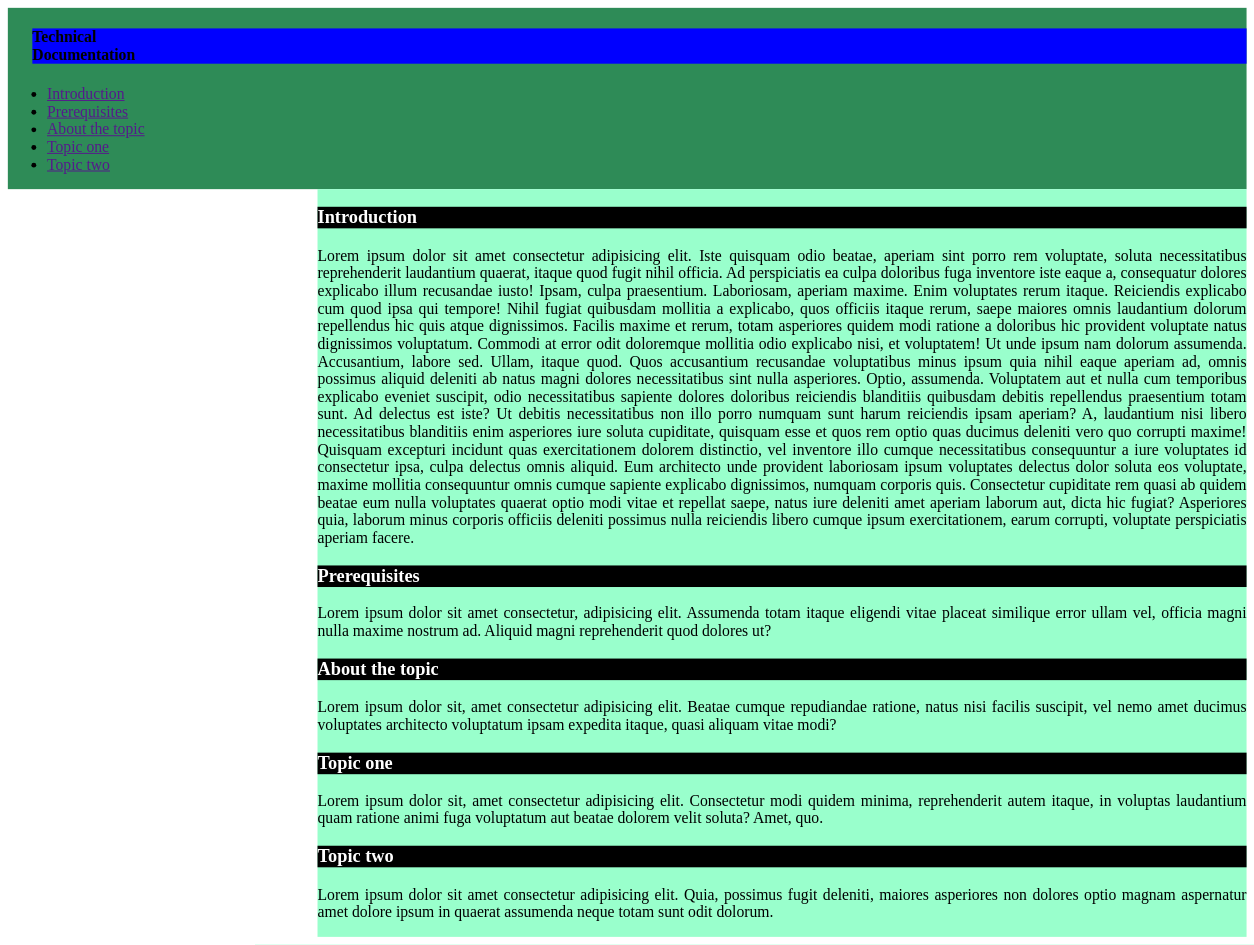
Repository: JoaoLemesDEV/Excercise-Tech-Documentation-Page
Page: index.html
These files come from the project's save history. The page is drawn as it stood at one moment and after the next save; the edit follows.
The browser window is 1280 px wide. The pictures show the whole page, at 98% of full size.

Above is the page before, as saved 2021-10-03 20:59:06.

### index.html
<!DOCTYPE html>
<html lang="en">
  <head>
    <meta charset="UTF-8" />
    <meta http-equiv="X-UA-Compatible" content="IE=edge" />
    <meta name="viewport" content="width=device-width, initial-scale=1.0" />
    <title>Technical Documentaion</title>
    <link rel="stylesheet" href="index.css" />
  </head>
  <body>
    <div class="wrapper">
      <div id="menu">
        <h4 text-align="left">Technical<br />Documentation</h4>
        <nav>
          <ul>
            <li><a href="">Introduction</a></li>
            <li><a href="">Prerequisites</a></li>
            <li><a href="">About the topic</a></li>
            <li><a href="">Topic one</a></li>
            <li><a href="">Topic two</a></li>
          </ul>
        </nav>
      </div>
      <div id="contents">
        <section id="introduction">
          <h3 style="background: black; color: white">Introduction</h3>
          <p>
            Lorem ipsum dolor sit amet consectetur adipisicing elit. Iste
            quisquam odio beatae, aperiam sint porro rem voluptate, soluta
            necessitatibus reprehenderit laudantium quaerat, itaque quod fugit
            nihil officia. Ad perspiciatis ea culpa doloribus fuga inventore
            iste eaque a, consequatur dolores explicabo illum recusandae iusto!
            Ipsam, culpa praesentium. Laboriosam, aperiam maxime. Enim
            voluptates rerum itaque. Reiciendis explicabo cum quod ipsa qui
            tempore! Nihil fugiat quibusdam mollitia a explicabo, quos officiis
            itaque rerum, saepe maiores omnis laudantium dolorum repellendus hic
            quis atque dignissimos. Facilis maxime et rerum, totam asperiores
            quidem modi ratione a doloribus hic provident voluptate natus
            dignissimos voluptatum. Commodi at error odit doloremque mollitia
            odio explicabo nisi, et voluptatem! Ut unde ipsum nam dolorum
            assumenda. Accusantium, labore sed. Ullam, itaque quod. Quos
            accusantium recusandae voluptatibus minus ipsum quia nihil eaque
            aperiam ad, omnis possimus aliquid deleniti ab natus magni dolores
            necessitatibus sint nulla asperiores. Optio, assumenda. Voluptatem
            aut et nulla cum temporibus explicabo eveniet suscipit, odio
            necessitatibus sapiente dolores doloribus reiciendis blanditiis
            quibusdam debitis repellendus praesentium totam sunt. Ad delectus
            est iste? Ut debitis necessitatibus non illo porro numquam sunt
            harum reiciendis ipsam aperiam? A, laudantium nisi libero
            necessitatibus blanditiis enim asperiores iure soluta cupiditate,
            quisquam esse et quos rem optio quas ducimus deleniti vero quo
            corrupti maxime! Quisquam excepturi incidunt quas exercitationem
            dolorem distinctio, vel inventore illo cumque necessitatibus
            consequuntur a iure voluptates id consectetur ipsa, culpa delectus
            omnis aliquid. Eum architecto unde provident laboriosam ipsum
            voluptates delectus dolor soluta eos voluptate, maxime mollitia
            consequuntur omnis cumque sapiente explicabo dignissimos, numquam
            corporis quis. Consectetur cupiditate rem quasi ab quidem beatae eum
            nulla voluptates quaerat optio modi vitae et repellat saepe, natus
            iure deleniti amet aperiam laborum aut, dicta hic fugiat? Asperiores
            quia, laborum minus corporis officiis deleniti possimus nulla
            reiciendis libero cumque ipsum exercitationem, earum corrupti,
            voluptate perspiciatis aperiam facere.
          </p>
        </section>
        <section id="Prerequisites">
          <h3 style="background: black; color: white">Prerequisites</h3>
          <p>
            Lorem ipsum dolor sit amet consectetur, adipisicing elit. Assumenda
            totam itaque eligendi vitae placeat similique error ullam vel,
            officia magni nulla maxime nostrum ad. Aliquid magni reprehenderit
            quod dolores ut?
          </p>
        </section>
        <section id="about the topic">
          <h3 style="background: black; color: white">About the topic</h3>
          <p>
            Lorem ipsum dolor sit, amet consectetur adipisicing elit. Beatae
            cumque repudiandae ratione, natus nisi facilis suscipit, vel nemo
            amet ducimus voluptates architecto voluptatum ipsam expedita itaque,
            quasi aliquam vitae modi?
          </p>
        </section>
        <section id="topic one">
          <h3 style="background: black; color: white">Topic one</h3>
          <p>
            Lorem ipsum dolor sit, amet consectetur adipisicing elit.
            Consectetur modi quidem minima, reprehenderit autem itaque, in
            voluptas laudantium quam ratione animi fuga voluptatum aut beatae
            dolorem velit soluta? Amet, quo.
          </p>
        </section>
        <section id="topic two">
          <h3 style="background: black; color: white">Topic two</h3>
          <p>
            Lorem ipsum dolor sit amet consectetur adipisicing elit. Quia,
            possimus fugit deleniti, maiores asperiores non dolores optio magnam
            aspernatur amet dolore ipsum in quaerat assumenda neque totam sunt
            odit dolorum.
          </p>
        </section>
      </div>
    </div>
  </body>
</html>

### index.css
#menu{
float: left;
background-color: seagreen;
//grid-row-start: 1;
//grid-row-end: 2;

}

.wrapper {
    display: grid;
    //grid-template-columns: 100px 100px 100px;
    //grid-template-rows: 150px 150px;
}

#menu h4{
margin-left: 25px;
background-color: blue;
}

#contents{
  background-color: cadetblue;
	margin-left: 25%;
	background: #9FC;
  text-align: justify;
}

After the next save:
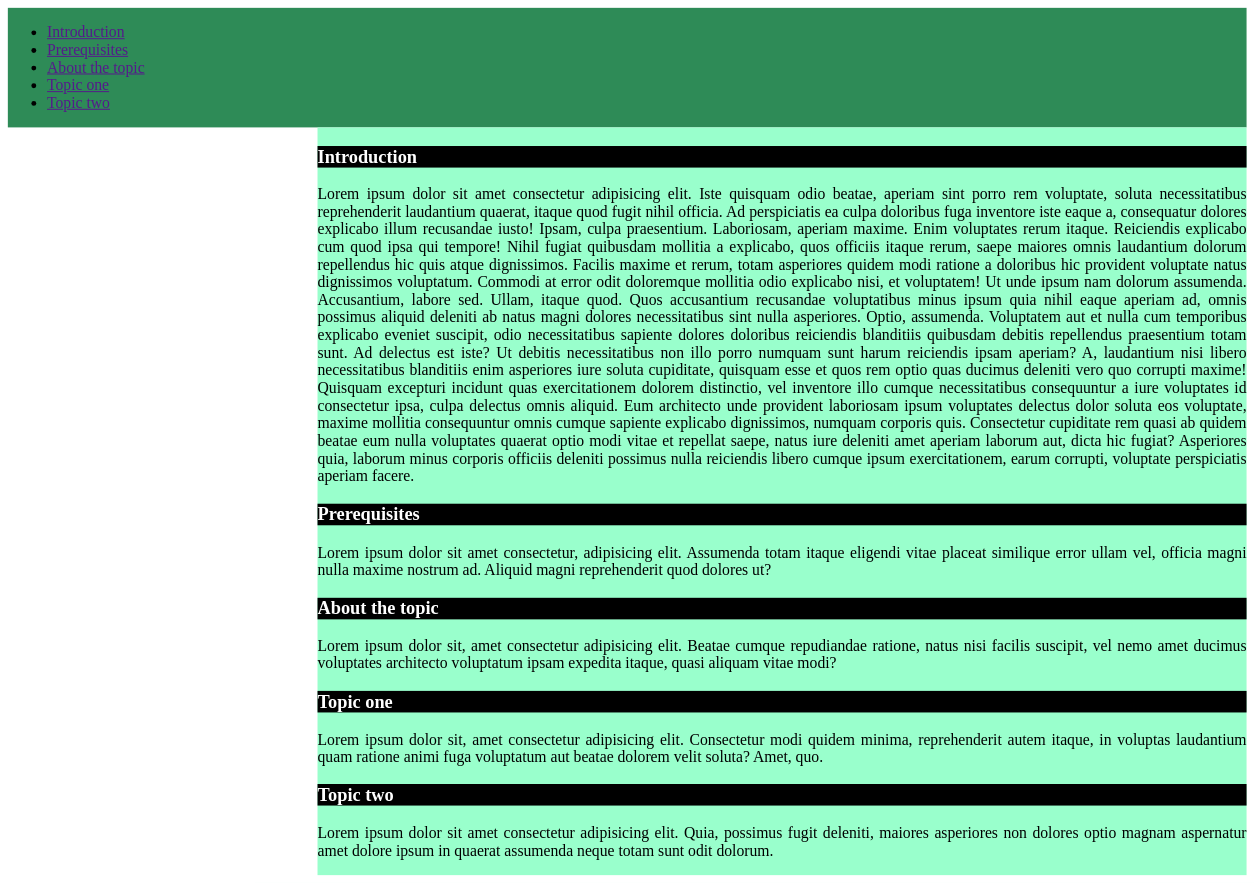
Saved 13 s later.
--- a/index.html
+++ b/index.html
@@ -10,7 +10,7 @@
   <body>
     <div class="wrapper">
       <div id="menu">
-        <h4 text-align="left">Technical<br />Documentation</h4>
+
         <nav>
           <ul>
             <li><a href="">Introduction</a></li>
